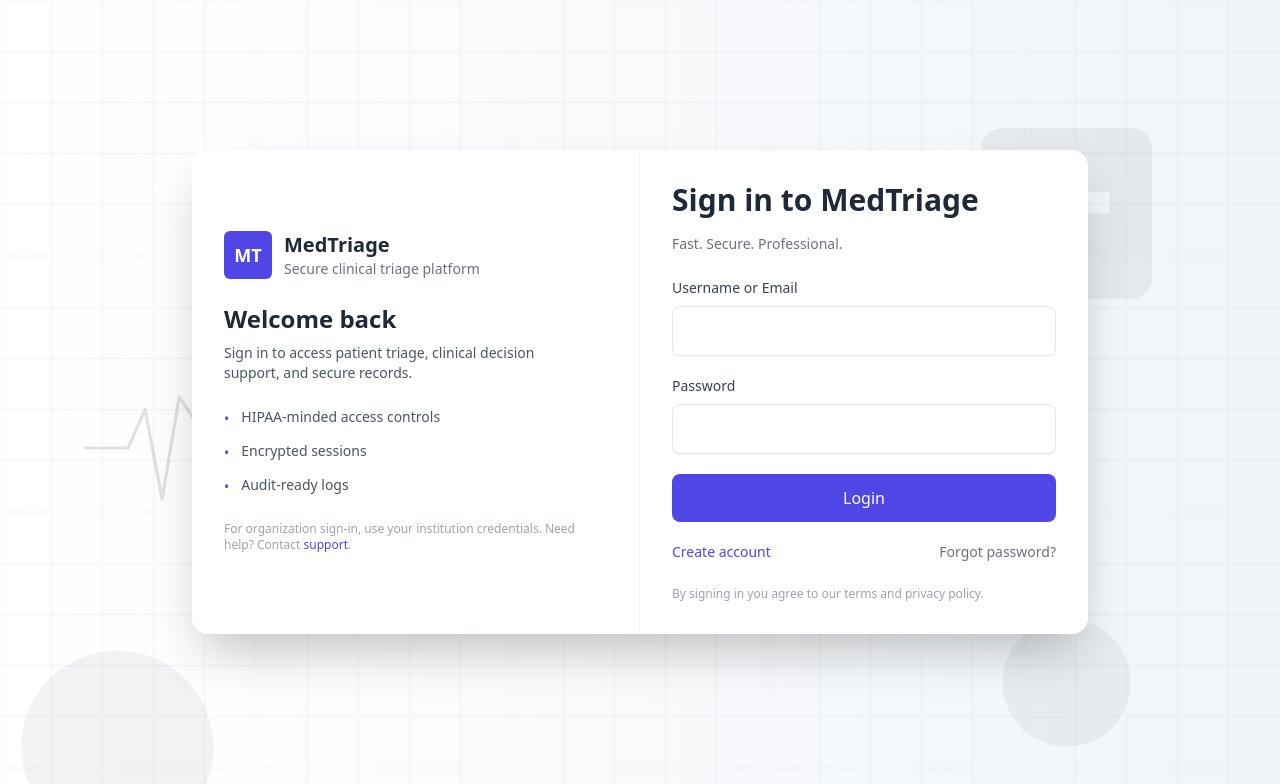
Repository: shakin-shahria/MedTriage-
Page: / (app in frontend/)
These files come from the project's save history. The page is drawn as it stood at one moment and after the next save; the edit follows.
The browser window is 1280 px wide. The pictures show the whole page.
The project was rebuilt for these pictures with package versions that can differ from the ones it lists, and the page was loaded fresh each time. Also part of the build but not shown: frontend/vite.config.js, frontend/src/Register.jsx, frontend/src/Profile.jsx, frontend/src/Admin.jsx, frontend/src/AdminDashboard.jsx, frontend/src/HeartTriage.jsx.

Above is the page before, as saved 2025-10-15 11:29:10.

### frontend/index.html
<!doctype html>
<html>
  <head>
    <meta charset="utf-8" />
    <meta name="viewport" content="width=device-width, initial-scale=1.0" />
    <title>MedTriage Demo</title>
  </head>
  <body>
    <div id="root"></div>
    <script type="module" src="/src/main.jsx"></script>
  </body>
</html>

### frontend/src/index.css
@tailwind base;
@tailwind components;
@tailwind utilities;

body { font-family: ui-sans-serif, system-ui, -apple-system, 'Segoe UI', Roboto, 'Helvetica Neue', Arial }

### frontend/src/Login.jsx
import React, { useState } from 'react'
import { useNavigate, Link } from 'react-router-dom'

export default function Login() {
  const [form, setForm] = useState({ username_or_email: '', password: '' })
  const [loading, setLoading] = useState(false)
  const [error, setError] = useState(null)
  const navigate = useNavigate()

  const handleChange = (e) => {
    setForm({ ...form, [e.target.name]: e.target.value })
  }

  const handleSubmit = async (e) => {
    e.preventDefault()
    setLoading(true)
    setError(null)
    try {
      const res = await fetch('http://127.0.0.1:8000/auth/login', {
        method: 'POST',
        headers: { 'Content-Type': 'application/json' },
        body: JSON.stringify(form),
      })
      if (!res.ok) throw new Error(`Login failed: ${res.status}`)
      const data = await res.json()
      localStorage.setItem('token', data.access_token)
      // Notify other components that auth state changed
      window.dispatchEvent(new Event('auth-change'))
      // After storing the token, probe the profile endpoint to detect the
      // user's role so admins can be sent straight to the Admin dashboard.
      try {
        const profileRes = await fetch('http://127.0.0.1:8000/auth/profile', {
          headers: { 'Authorization': `Bearer ${data.access_token}` },
        })
        if (profileRes.ok) {
          const profile = await profileRes.json()
          if (profile.role === 'admin') {
              // Persist admin token for Admin UI convenience and replace history so back doesn't go to login
              try { localStorage.setItem('medtriage_admin_token', `Bearer ${data.access_token}`) } catch (e) {}
              navigate('/admin-dashboard', { replace: true })
            return
          }
        }
      } catch (e) {
        // ignore profile fetch errors and fall back to profile page
      }

      navigate('/profile')
    } catch (err) {
      setError(err.message)
    } finally {
      setLoading(false)
    }
  }

  return (
    <>
      {/* Diagnostic-themed background SVG: faint grid + ECG waveform + medical icons */}
      <svg aria-hidden="true" className="fixed inset-0 pointer-events-none" preserveAspectRatio="none" xmlns="http://www.w3.org/2000/svg" viewBox="0 0 1200 800">
        <defs>
          <linearGradient id="ecgGrad" x1="0" x2="1">
            <stop offset="0%" stopColor="#ffffff" />
            <stop offset="100%" stopColor="#f1f5f9" />
          </linearGradient>
        </defs>
        <rect width="1200" height="800" fill="url(#ecgGrad)" />

        {/* faint clinical grid */}
        <g stroke="#0f172a" strokeWidth="1" opacity="0.04">
          {Array.from({ length: 25 }).map((_, i) => {
            const x = i * 48
            return <line key={`vx-${i}`} x1={x} y1={0} x2={x} y2={800} />
          })}
          {Array.from({ length: 17 }).map((_, i) => {
            const y = i * 48
            return <line key={`hy-${i}`} x1={0} y1={y} x2={1200} y2={y} />
          })}
        </g>

        {/* ECG waveform path - low contrast and centered */}
        <g transform="translate(80,420)" stroke="#0f172a" strokeWidth="3" fill="none" opacity="0.12">
          <path d="M0 0 L40 0 L56 -36 L72 48 L88 -48 L120 0 L200 0 L216 -24 L232 12 L248 -60 L280 0 L360 0 L376 -20 L392 8 L408 -40 L444 0 L520 0 L560 -50 L600 60 L640 -20 L680 0 L760 0" strokeLinecap="round" strokeLinejoin="round" />
        </g>

        {/* small medical icons (cross, stethoscope circle) */}
        <g transform="translate(920,120)" opacity="0.06" fill="#0f172a">
          <rect x="0" y="0" width="160" height="160" rx="20" />
          <g transform="translate(40,40)" fill="#fff">
            <rect x="30" y="0" width="20" height="60" rx="3" />
            <rect x="0" y="20" width="80" height="20" rx="3" />
          </g>
        </g>

        {/* subtle pulse circles */}
        <g opacity="0.05" fill="#0f172a">
          <circle cx="1000" cy="640" r="60" />
          <circle cx="110" cy="700" r="90" />
        </g>
      </svg>

      <div className="min-h-screen flex items-center justify-center py-12 px-4 bg-transparent relative overflow-hidden">

      <div className="relative z-10 max-w-4xl w-full bg-white rounded-2xl shadow-2xl overflow-hidden grid grid-cols-1 md:grid-cols-2">
        {/* Left: Professional brand panel (replaces cartoon SVG) */}
        <div className="bg-white p-8 flex flex-col items-start justify-center space-y-6 border-r border-gray-100">
          <div className="flex items-center space-x-3">
            {/* Simple logo mark */}
            <div className="w-12 h-12 flex items-center justify-center rounded-md bg-indigo-600 text-white font-bold text-lg">MT</div>
            <div>
              <h2 className="text-xl font-semibold text-gray-800">MedTriage</h2>
              <p className="text-sm text-gray-500">Secure clinical triage platform</p>
            </div>
          </div>

          <div className="w-full max-w-xs">
            <h3 className="text-2xl font-semibold text-gray-800">Welcome back</h3>
            <p className="mt-2 text-sm text-gray-600">Sign in to access patient triage, clinical decision support, and secure records.</p>

            <ul className="mt-6 space-y-3 text-sm text-gray-600">
              <li className="flex items-start">
                <span className="mr-3 text-indigo-600 mt-0.5">•</span>
                <span>HIPAA-minded access controls</span>
              </li>
              <li className="flex items-start">
                <span className="mr-3 text-indigo-600 mt-0.5">•</span>
                <span>Encrypted sessions</span>
              </li>
              <li className="flex items-start">
                <span className="mr-3 text-indigo-600 mt-0.5">•</span>
                <span>Audit-ready logs</span>
              </li>
            </ul>
          </div>

          <div className="mt-4 text-xs text-gray-400">
            <p>For organization sign-in, use your institution credentials. Need help? Contact <a href="mailto:support@medtriage.example" className="text-indigo-600">support</a>.</p>
          </div>
        </div>

        {/* Right: Form */}
        <div className="p-8 flex items-center justify-center">
          <div className="w-full max-w-md">
            <h1 className="text-3xl font-bold text-gray-800 mb-4">Sign in to MedTriage</h1>
            <p className="text-sm text-gray-500 mb-6">Fast. Secure. Professional.</p>
            <form onSubmit={handleSubmit} className="space-y-5">
              <div>
                <label htmlFor="username_or_email" className="block text-sm font-medium text-gray-700 mb-2">Username or Email</label>
                <input
                  id="username_or_email"
                  type="text"
                  name="username_or_email"
                  value={form.username_or_email}
                  onChange={handleChange}
                  className="w-full p-3 border border-gray-200 rounded-lg shadow-sm focus:ring-2 focus:ring-indigo-400 focus:border-transparent"
                  required
                />
              </div>
              <div>
                <label htmlFor="password" className="block text-sm font-medium text-gray-700 mb-2">Password</label>
                <input
                  id="password"
                  type="password"
                  name="password"
                  value={form.password}
                  onChange={handleChange}
                  className="w-full p-3 border border-gray-200 rounded-lg shadow-sm focus:ring-2 focus:ring-indigo-400 focus:border-transparent"
                  required
                />
              </div>
              {error && <p className="text-red-600 text-sm">{error}</p>}
              <button
                type="submit"
                disabled={loading}
                className="w-full px-6 py-3 bg-indigo-600 text-white rounded-lg font-medium hover:bg-indigo-700 disabled:opacity-50 transition-colors"
              >
                {loading ? 'Logging in...' : 'Login'}
              </button>

              <div className="flex items-center justify-between text-sm text-gray-500">
                <Link to="/register" className="text-indigo-600 hover:underline">Create account</Link>
                <a href="#" className="hover:underline">Forgot password?</a>
              </div>
            </form>
            <p className="mt-6 text-xs text-gray-400">By signing in you agree to our terms and privacy policy.</p>
          </div>
        </div>
      </div>
    </div>
    </>
  )
}

Loaded but not shown: frontend/src/main.jsx (common file); frontend/tailwind.config.cjs (common file); frontend/src/App.jsx (373 lines, source omitted)

After the next save:
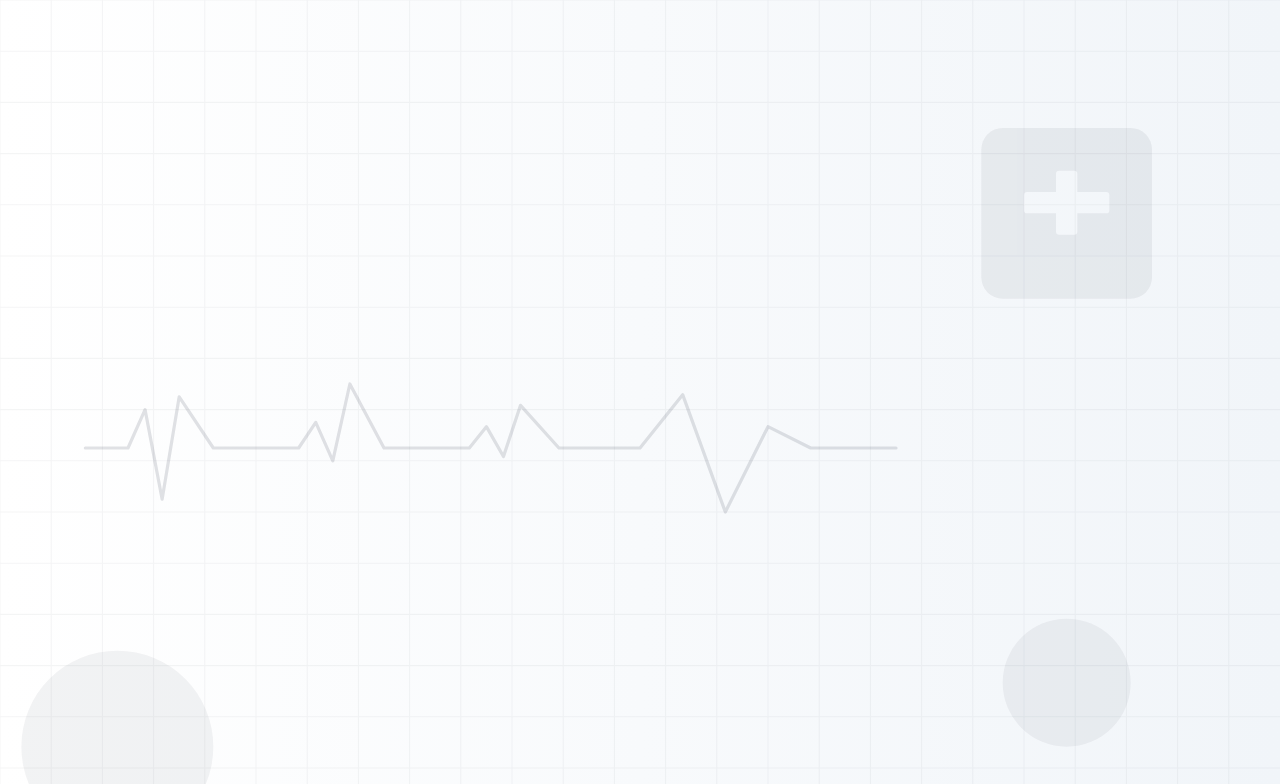
Saved 12 s later.
--- a/frontend/src/Login.jsx
+++ b/frontend/src/Login.jsx
@@ -100,91 +100,7 @@
 
       <div className="min-h-screen flex items-center justify-center py-12 px-4 bg-transparent relative overflow-hidden">
 
-      <div className="relative z-10 max-w-4xl w-full bg-white rounded-2xl shadow-2xl overflow-hidden grid grid-cols-1 md:grid-cols-2">
-        {/* Left: Professional brand panel (replaces cartoon SVG) */}
-        <div className="bg-white p-8 flex flex-col items-start justify-center space-y-6 border-r border-gray-100">
-          <div className="flex items-center space-x-3">
-            {/* Simple logo mark */}
-            <div className="w-12 h-12 flex items-center justify-center rounded-md bg-indigo-600 text-white font-bold text-lg">MT</div>
-            <div>
-              <h2 className="text-xl font-semibold text-gray-800">MedTriage</h2>
-              <p className="text-sm text-gray-500">Secure clinical triage platform</p>
-            </div>
-          </div>
 
-          <div className="w-full max-w-xs">
-            <h3 className="text-2xl font-semibold text-gray-800">Welcome back</h3>
-            <p className="mt-2 text-sm text-gray-600">Sign in to access patient triage, clinical decision support, and secure records.</p>
-
-            <ul className="mt-6 space-y-3 text-sm text-gray-600">
-              <li className="flex items-start">
-                <span className="mr-3 text-indigo-600 mt-0.5">•</span>
-                <span>HIPAA-minded access controls</span>
-              </li>
-              <li className="flex items-start">
-                <span className="mr-3 text-indigo-600 mt-0.5">•</span>
-                <span>Encrypted sessions</span>
-              </li>
-              <li className="flex items-start">
-                <span className="mr-3 text-indigo-600 mt-0.5">•</span>
-                <span>Audit-ready logs</span>
-              </li>
-            </ul>
-          </div>
-
-          <div className="mt-4 text-xs text-gray-400">
-            <p>For organization sign-in, use your institution credentials. Need help? Contact <a href="mailto:support@medtriage.example" className="text-indigo-600">support</a>.</p>
-          </div>
-        </div>
-
-        {/* Right: Form */}
-        <div className="p-8 flex items-center justify-center">
-          <div className="w-full max-w-md">
-            <h1 className="text-3xl font-bold text-gray-800 mb-4">Sign in to MedTriage</h1>
-            <p className="text-sm text-gray-500 mb-6">Fast. Secure. Professional.</p>
-            <form onSubmit={handleSubmit} className="space-y-5">
-              <div>
-                <label htmlFor="username_or_email" className="block text-sm font-medium text-gray-700 mb-2">Username or Email</label>
-                <input
-                  id="username_or_email"
-                  type="text"
-                  name="username_or_email"
-                  value={form.username_or_email}
-                  onChange={handleChange}
-                  className="w-full p-3 border border-gray-200 rounded-lg shadow-sm focus:ring-2 focus:ring-indigo-400 focus:border-transparent"
-                  required
-                />
-              </div>
-              <div>
-                <label htmlFor="password" className="block text-sm font-medium text-gray-700 mb-2">Password</label>
-                <input
-                  id="password"
-                  type="password"
-                  name="password"
-                  value={form.password}
-                  onChange={handleChange}
-                  className="w-full p-3 border border-gray-200 rounded-lg shadow-sm focus:ring-2 focus:ring-indigo-400 focus:border-transparent"
-                  required
-                />
-              </div>
-              {error && <p className="text-red-600 text-sm">{error}</p>}
-              <button
-                type="submit"
-                disabled={loading}
-                className="w-full px-6 py-3 bg-indigo-600 text-white rounded-lg font-medium hover:bg-indigo-700 disabled:opacity-50 transition-colors"
-              >
-                {loading ? 'Logging in...' : 'Login'}
-              </button>
-
-              <div className="flex items-center justify-between text-sm text-gray-500">
-                <Link to="/register" className="text-indigo-600 hover:underline">Create account</Link>
-                <a href="#" className="hover:underline">Forgot password?</a>
-              </div>
-            </form>
-            <p className="mt-6 text-xs text-gray-400">By signing in you agree to our terms and privacy policy.</p>
-          </div>
-        </div>
-      </div>
     </div>
     </>
   )

After the save that followed:
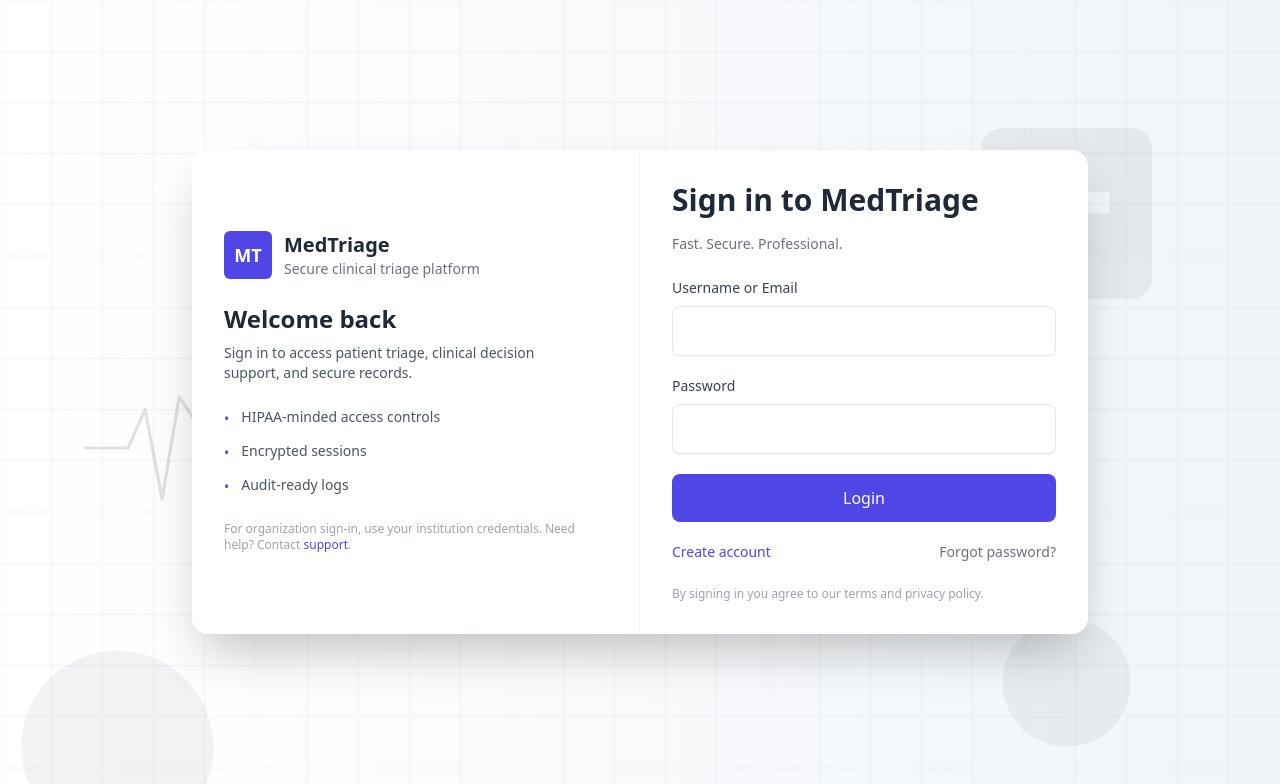
Saved 4 s later.
--- a/frontend/src/Login.jsx
+++ b/frontend/src/Login.jsx
@@ -100,7 +100,91 @@
 
       <div className="min-h-screen flex items-center justify-center py-12 px-4 bg-transparent relative overflow-hidden">
 
+      <div className="relative z-10 max-w-4xl w-full bg-white rounded-2xl shadow-2xl overflow-hidden grid grid-cols-1 md:grid-cols-2">
+        {/* Left: Professional brand panel (replaces cartoon SVG) */}
+        <div className="bg-white p-8 flex flex-col items-start justify-center space-y-6 border-r border-gray-100">
+          <div className="flex items-center space-x-3">
+            {/* Simple logo mark */}
+            <div className="w-12 h-12 flex items-center justify-center rounded-md bg-indigo-600 text-white font-bold text-lg">MT</div>
+            <div>
+              <h2 className="text-xl font-semibold text-gray-800">MedTriage</h2>
+              <p className="text-sm text-gray-500">Secure clinical triage platform</p>
+            </div>
+          </div>
 
+          <div className="w-full max-w-xs">
+            <h3 className="text-2xl font-semibold text-gray-800">Welcome back</h3>
+            <p className="mt-2 text-sm text-gray-600">Sign in to access patient triage, clinical decision support, and secure records.</p>
+
+            <ul className="mt-6 space-y-3 text-sm text-gray-600">
+              <li className="flex items-start">
+                <span className="mr-3 text-indigo-600 mt-0.5">•</span>
+                <span>HIPAA-minded access controls</span>
+              </li>
+              <li className="flex items-start">
+                <span className="mr-3 text-indigo-600 mt-0.5">•</span>
+                <span>Encrypted sessions</span>
+              </li>
+              <li className="flex items-start">
+                <span className="mr-3 text-indigo-600 mt-0.5">•</span>
+                <span>Audit-ready logs</span>
+              </li>
+            </ul>
+          </div>
+
+          <div className="mt-4 text-xs text-gray-400">
+            <p>For organization sign-in, use your institution credentials. Need help? Contact <a href="mailto:support@medtriage.example" className="text-indigo-600">support</a>.</p>
+          </div>
+        </div>
+
+        {/* Right: Form */}
+        <div className="p-8 flex items-center justify-center">
+          <div className="w-full max-w-md">
+            <h1 className="text-3xl font-bold text-gray-800 mb-4">Sign in to MedTriage</h1>
+            <p className="text-sm text-gray-500 mb-6">Fast. Secure. Professional.</p>
+            <form onSubmit={handleSubmit} className="space-y-5">
+              <div>
+                <label htmlFor="username_or_email" className="block text-sm font-medium text-gray-700 mb-2">Username or Email</label>
+                <input
+                  id="username_or_email"
+                  type="text"
+                  name="username_or_email"
+                  value={form.username_or_email}
+                  onChange={handleChange}
+                  className="w-full p-3 border border-gray-200 rounded-lg shadow-sm focus:ring-2 focus:ring-indigo-400 focus:border-transparent"
+                  required
+                />
+              </div>
+              <div>
+                <label htmlFor="password" className="block text-sm font-medium text-gray-700 mb-2">Password</label>
+                <input
+                  id="password"
+                  type="password"
+                  name="password"
+                  value={form.password}
+                  onChange={handleChange}
+                  className="w-full p-3 border border-gray-200 rounded-lg shadow-sm focus:ring-2 focus:ring-indigo-400 focus:border-transparent"
+                  required
+                />
+              </div>
+              {error && <p className="text-red-600 text-sm">{error}</p>}
+              <button
+                type="submit"
+                disabled={loading}
+                className="w-full px-6 py-3 bg-indigo-600 text-white rounded-lg font-medium hover:bg-indigo-700 disabled:opacity-50 transition-colors"
+              >
+                {loading ? 'Logging in...' : 'Login'}
+              </button>
+
+              <div className="flex items-center justify-between text-sm text-gray-500">
+                <Link to="/register" className="text-indigo-600 hover:underline">Create account</Link>
+                <a href="#" className="hover:underline">Forgot password?</a>
+              </div>
+            </form>
+            <p className="mt-6 text-xs text-gray-400">By signing in you agree to our terms and privacy policy.</p>
+          </div>
+        </div>
+      </div>
     </div>
     </>
   )
